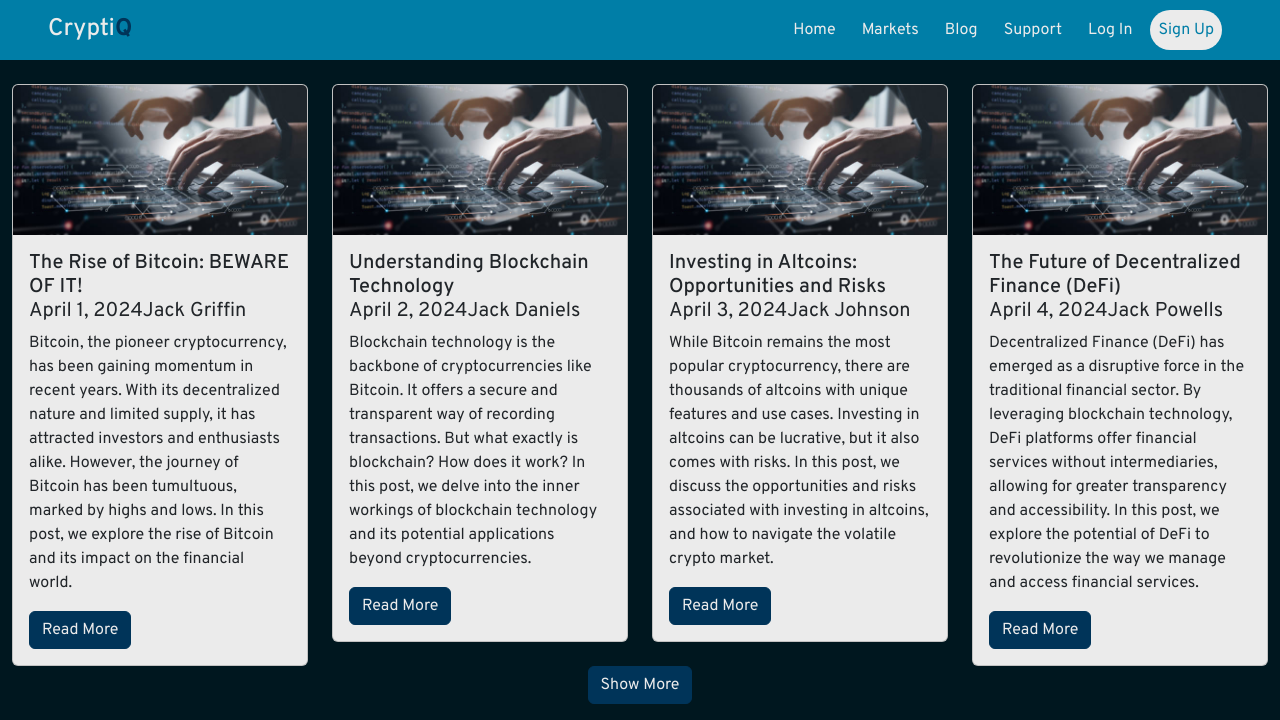
Repository: griffin1995/cryptocurrencyPlatform
Page: /Blog (app in client/)
The author's editor kept a copy of each file at every save. The page is drawn from the files as they stood at one save, then again after the next save.
The browser window is 1280 px wide. The pictures show the whole page.
The project was rebuilt for these pictures with package versions that can differ from the ones it lists, and the page was loaded fresh each time. Also part of the build but not shown: client/src/context/AdminContext.js, client/src/components/CoinDetails.js, client/src/hooks/useAdminContext.js, client/src/components/SignUpUser.js, client/src/components/UserDetails.js, client/src/components/AdminControls.js, client/src/pages/Home.js, client/src/pages/Blog.scss and 16 more.

Above is the page before, as saved 2024-04-07 15:20:46.

### client/src/index.scss
@import url("https://fonts.googleapis.com/css2?family=Overpass:ital,wght@0,100..900;1,100..900&display=swap");

html{
  background-color: #00171f;
}

* {
  font-family: "Overpass", sans-serif;
  font-optical-sizing: auto;
  font-weight: normal;
  font-style: normal;
}

code {
  font-family: source-code-pro, Menlo, Monaco, Consolas, "Courier New",
    monospace;
}

hr {
  margin-top: 0.2rem !important;
  margin-bottom: 1rem !important;
  border: none !important;
  height: 4px; /* Adjust height as needed */
  background-color: #00a7e1 !important;
  &.active {
    background-color: #FFFFFF !important; /* Change color to your desired color */
  }
}

.link-unstyled, .link-unstyled:link {
  color: inherit;
  text-decoration: inherit;
  :hover{
    color:#00a7e1;
    transition: all 0.5s ease;
  }
}

/* width */
::-webkit-scrollbar {
  width: 10px;
}

/* Track */
::-webkit-scrollbar-track {
  background: #f1f1f1;
}

/* Handle */
::-webkit-scrollbar-thumb {
  background: #007ea7;
}

/* Handle on hover */
::-webkit-scrollbar-thumb:hover {
  background: #007ea7;
}

### client/src/reactCustom.scss
//Custom React SASS styling sheet for defining colours, importing Bootstrap SASS, styling React-Bootstrap Components
$primary: #003459;
$secondary: #007ea7;
$success: #00a7e1;
$dark: #00171f;
$light: #ebebeb;
$white: #ebebeb;

@import "~bootstrap/scss/bootstrap.scss";

### client/src/context/AuthenticationContext.js
// Import necessary hooks from React
import { createContext, useReducer, useEffect } from "react";

// Create a context for authentication data
export const AuthenticationContext = createContext();

// Reducer function for handling authentication actions
export const authenticationReducer = (state, action) => {
  switch (action.type) {
    case "LOGIN": // Case to handle user login
      return { user: action.payload }; // Set the user data when logged in
    case "LOGOUT": // Case to handle user logout
      return { user: null }; // Clear the user data when logged out
    default: // Default case to handle other actions
      return state; // Return the current state if no action is matched
  }
};

// Component to provide authentication context to child components
export const AuthenticationContextProvider = ({ children }) => {
  // Use the useReducer hook to manage state with the authenticationReducer
  const [state, dispatch] = useReducer(authenticationReducer, { user: null });
  //empty array cus we only check once, when load
  useEffect(() => {
    //stored as json string so we parse in to object
    const user = JSON.parse(localStorage.getItem("user"));

    if (user) {
      dispatch({ type: "LOGIN", payload: user });
    }
  }, []);

  // Log the current state for debugging purposes (consider removing in production)
  console.log("AuthenticationContext state: ", state);

  return (
    <AuthenticationContext.Provider value={{ ...state, dispatch }}>
      {children}
    </AuthenticationContext.Provider>
  );
};

### client/src/pages/Blog.js
import React, { useState, useEffect } from "react";
import "./Blog.scss";
import { Col, Row, Card, Button } from "react-bootstrap";
import image from "../media/place-holder.jpg";

export default function Blog() {
  const posts = [
    {
      id: 1,
      title: "The Rise of Bitcoin: BEWARE OF IT!",
      date: "April 1, 2024",
      author: "Jack Griffin",
      image: "got annoyed",
      content:
        "Bitcoin, the pioneer cryptocurrency, has been gaining momentum in recent years. With its decentralized nature and limited supply, it has attracted investors and enthusiasts alike. However, the journey of Bitcoin has been tumultuous, marked by highs and lows. In this post, we explore the rise of Bitcoin and its impact on the financial world.",
    },
    {
      id: 2,
      title: "Understanding Blockchain Technology",
      date: "April 2, 2024",
      author: "Jack Daniels",
      image: "got annoyed",
      content:
        "Blockchain technology is the backbone of cryptocurrencies like Bitcoin. It offers a secure and transparent way of recording transactions. But what exactly is blockchain? How does it work? In this post, we delve into the inner workings of blockchain technology and its potential applications beyond cryptocurrencies.",
    },
    {
      id: 3,
      title: "Investing in Altcoins: Opportunities and Risks",
      date: "April 3, 2024",
      author: "Jack Johnson",
      image: "got annoyed",
      content:
        "While Bitcoin remains the most popular cryptocurrency, there are thousands of altcoins with unique features and use cases. Investing in altcoins can be lucrative, but it also comes with risks. In this post, we discuss the opportunities and risks associated with investing in altcoins, and how to navigate the volatile crypto market.",
    },
    {
      id: 4,
      title: "The Future of Decentralized Finance (DeFi)",
      date: "April 4, 2024",
      author: "Jack Powells",
      image: "got annoyed",
      content:
        "Decentralized Finance (DeFi) has emerged as a disruptive force in the traditional financial sector. By leveraging blockchain technology, DeFi platforms offer financial services without intermediaries, allowing for greater transparency and accessibility. In this post, we explore the potential of DeFi to revolutionize the way we manage and access financial services.",
    },
  ];
  return (
    <div> {/* Wrap the JSX elements inside a parent element */}
      <Row className="mt-4">
        {posts.length === 0 ? (
          <p className="error-message">No posts to display</p>
        ) : (
          <>
            {posts.map((post) => (
              <Col sm={3} key={post.id}>
                <Card>
                  <Card.Img variant="top" src={image} />
                  <Card.Body>
                    <Card.Title>
                      {post.title}
                      <div className="post-info">
                        <span className="date-author">{post.date}</span>
                        <span className="date-author author-name">
                          {post.author}
                        </span>
                      </div>
                    </Card.Title>
                    <Card.Text className="post-description">
                      {post.content}
                    </Card.Text>
                    <Button variant="primary">Read More</Button>
                  </Card.Body>
                </Card>
              </Col>
            ))}
          </>
        )}
      </Row>
      <Row>
        <Col sm={12} className="d-flex justify-content-center">
          <Button variant="primary">Show More</Button>
        </Col>
      </Row>
    </div>
  );
}

### client/src/components/NavigationBar.js
//Navbar component for the application.
//Provides a top-level navigation element, allowing users to navigate through the app without full page reloads.
import { Row, Container, Navbar, Nav, Button } from "react-bootstrap";
import { Link } from "react-router-dom";
import "./NavigationBar.scss";
import { useAuthenticationContext } from "../hooks/useAuthenticationContext";
import { useLogout } from "../hooks/useLogout";

export default function NavigationBar() {
  const { user } = useAuthenticationContext();
  const { logout } = useLogout();
  const handleClick = () => {
    logout();
  };
  return (
    <Row>
      <Navbar expand="lg" className="navbar-dark bg-secondary">
        <Container fluid className="px-5">
          <Navbar.Brand as={Link} to="/">
            <span className="h4">
              Crypti<span className="text-primary fw-bold">Q</span>
            </span>
          </Navbar.Brand>
          <Navbar.Toggle aria-controls="basic-navbar-nav" />
          <Navbar.Collapse id="basic-navbar-nav">
            <Nav className="justify-content-end flex-grow-1">
              {/* Display the user's email if logged in */}
              {user && (
                <>
                  <Nav.Link disabled className="text-light">
                    {user.email}
                  </Nav.Link>
                  <Nav.Link>
                    Account
                  </Nav.Link>
                  <Nav.Link>
                    Wallets
                  </Nav.Link>
                </>
              )}
              <Nav.Link as={Link} to="/">
                Home
              </Nav.Link>
              <Nav.Link as={Link} to="/Markets">
                Markets
              </Nav.Link>
              <Nav.Link as={Link} to="/Blog">
                Blog
              </Nav.Link>
              <Nav.Link as={Link} to="/Support">
                Support
              </Nav.Link>
              {/* Show sign up and login links only if user is not logged in */}
              {!user && (
                <>
                  <Nav.Link as={Link} to="/login">
                    Log In
                  </Nav.Link>
                  <Nav.Link as={Link} to="/signup" className="sign-up-btn">
                    Sign Up
                  </Nav.Link>
                </>
              )}
              {/* Logout button visible only if user is logged in */}
              {user && (
                <Button type="submit" onClick={handleClick}>
                  Log Out
                </Button>
              )}
            </Nav>
          </Navbar.Collapse>
        </Container>
      </Navbar>
    </Row>
  );
}

### client/src/components/NavigationBar.scss
.navbar {
  padding: 10px 0;
}

.navbar-brand img {
  height: auto;
  max-height: 40px;
}

.nav-link {
  margin-right: 10px;
  color: #ebebeb;
}

.sign-up-btn {
  background-color: #ebebeb;
  border-radius: 25px;
  color: #007EA7;
  &:hover {
    background-color: #003459;
    color: white;
  }
}

### client/src/hooks/useAuthenticationContext.js
// Import useContext hook from React for consuming context in functional components
import { useContext } from "react";
// Import AuthenticationContext to access the admin-related context for the application
import { AuthenticationContext } from "../context/AuthenticationContext";
/**
 * Custom hook to access the AuthenticationContext within the component tree.
 *
 * This hook abstracts the useContext hook for AuthenticationContext, providing a convenient way
 * to access admin-related data (state and dispatch function) throughout the application.
 * It ensures the component using this hook is wrapped in an AuthenticationContextProvider by checking
 * the existence of the context and throwing an error if it's not available, promoting proper usage.
 *
 * @returns {Object} The current context value for AuthenticationContext, which includes the state and dispatch function.
 * @throws {Error} Throws an error if the hook is used outside of an AuthenticationContextProvider.
 */
export const useAuthenticationContext = () => {
  // Use the useContext hook to access the current context value for AuthenticationContext
  const context = useContext(AuthenticationContext);

  // Check if the context is undefined, indicating misuse outside of an AuthenticationContextProvider
  if (!context) {
    throw Error("useAuthenticationContext must be used within an AuthenticationContextProvider. Ensure your component is wrapped in an <AuthenticationContextProvider> to provide the necessary context.");
  }

  // Return the context value, making it accessible to the component
  return context;
};

### client/src/hooks/useLogout.js
// Import the useAuthenticationContext hook for accessing authentication state management.
import { useAuthenticationContext } from "./useAuthenticationContext";

/**
 * Custom hook for handling user logout.
 * Provides a logout function that can be used by components to log users out.
 * @returns {object} Object containing the logout function.
 */
export const useLogout = () => {
  // Extract dispatch from the authentication context.
  const { dispatch } = useAuthenticationContext();

  /**
   * Logs out the user by clearing session data and updating state.
   */
  const logout = () => {
    // Remove user data from local storage to clear the current session.
    localStorage.removeItem("user");

    // Dispatch the 'LOGOUT' action to update the global authentication state.
    dispatch({ type: "LOGOUT" });
  };

  // Return the logout function for use in components.
  return { logout };
};

Loaded but not shown: client/public/index.html (common file); client/src/index.js (common file); client/src/App.js (common file)

After the next save:
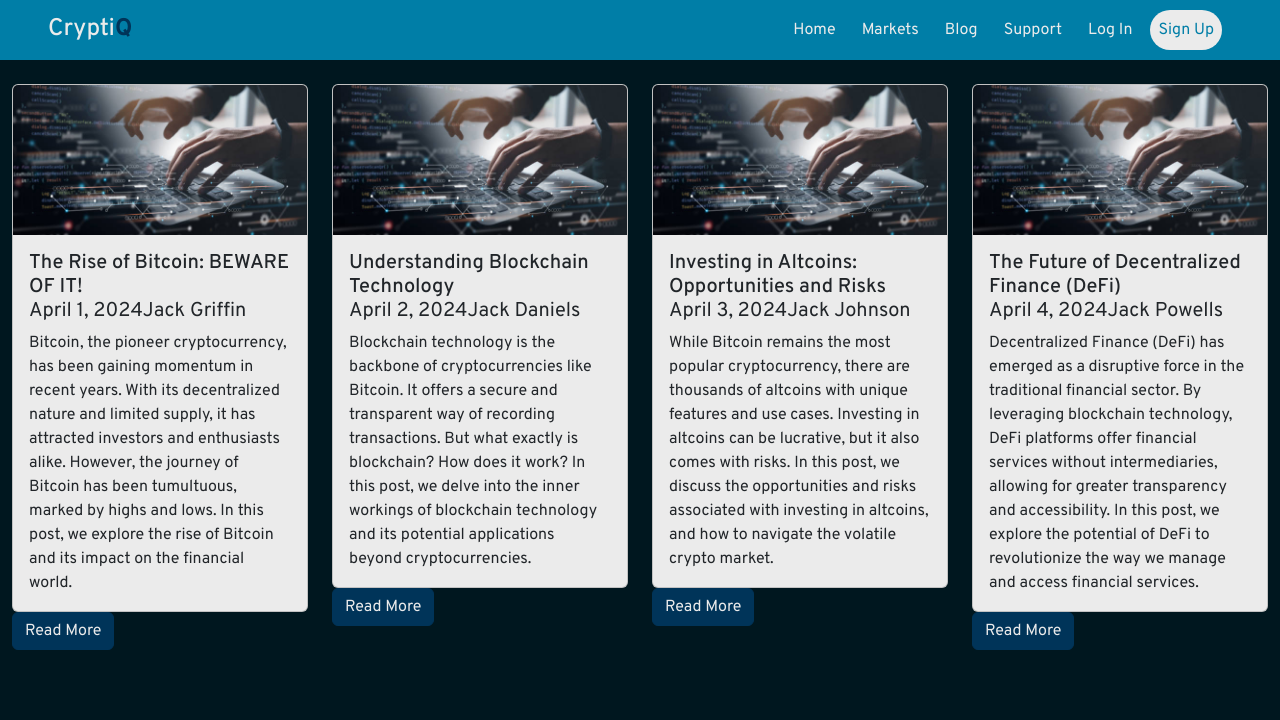
Saved 2 min 45 s later.
--- a/client/src/pages/Blog.js
+++ b/client/src/pages/Blog.js
@@ -43,42 +43,35 @@ export default function Blog() {
     },
   ];
   return (
-    <div> {/* Wrap the JSX elements inside a parent element */}
-      <Row className="mt-4">
-        {posts.length === 0 ? (
-          <p className="error-message">No posts to display</p>
-        ) : (
-          <>
-            {posts.map((post) => (
-              <Col sm={3} key={post.id}>
-                <Card>
-                  <Card.Img variant="top" src={image} />
-                  <Card.Body>
-                    <Card.Title>
-                      {post.title}
-                      <div className="post-info">
-                        <span className="date-author">{post.date}</span>
-                        <span className="date-author author-name">
-                          {post.author}
-                        </span>
-                      </div>
-                    </Card.Title>
-                    <Card.Text className="post-description">
-                      {post.content}
-                    </Card.Text>
-                    <Button variant="primary">Read More</Button>
-                  </Card.Body>
-                </Card>
-              </Col>
-            ))}
-          </>
-        )}
-      </Row>
-      <Row>
-        <Col sm={12} className="d-flex justify-content-center">
-          <Button variant="primary">Show More</Button>
-        </Col>
-      </Row>
-    </div>
+    <Row className="mt-4">
+      {posts.length === 0 ? (
+        <p className="error-message">No posts to display</p>
+      ) : (
+        <>
+          {posts.map((post) => (
+            <Col sm={3} key={post.id}>
+              <Card>
+                <Card.Img variant="top" src={image} />
+                <Card.Body>
+                  <Card.Title>
+                    {post.title}
+                    <div className="post-info">
+                      <span className="date-author">{post.date}</span>
+                      <span className="date-author author-name">
+                        {post.author}
+                      </span>
+                    </div>
+                  </Card.Title>
+                  <Card.Text className="post-description">
+                    {post.content}
+                  </Card.Text>
+                </Card.Body>
+              </Card>
+              <Button variant="primary">Read More</Button>
+            </Col>
+          ))}
+        </>
+      )}
+    </Row>
   );
 }
